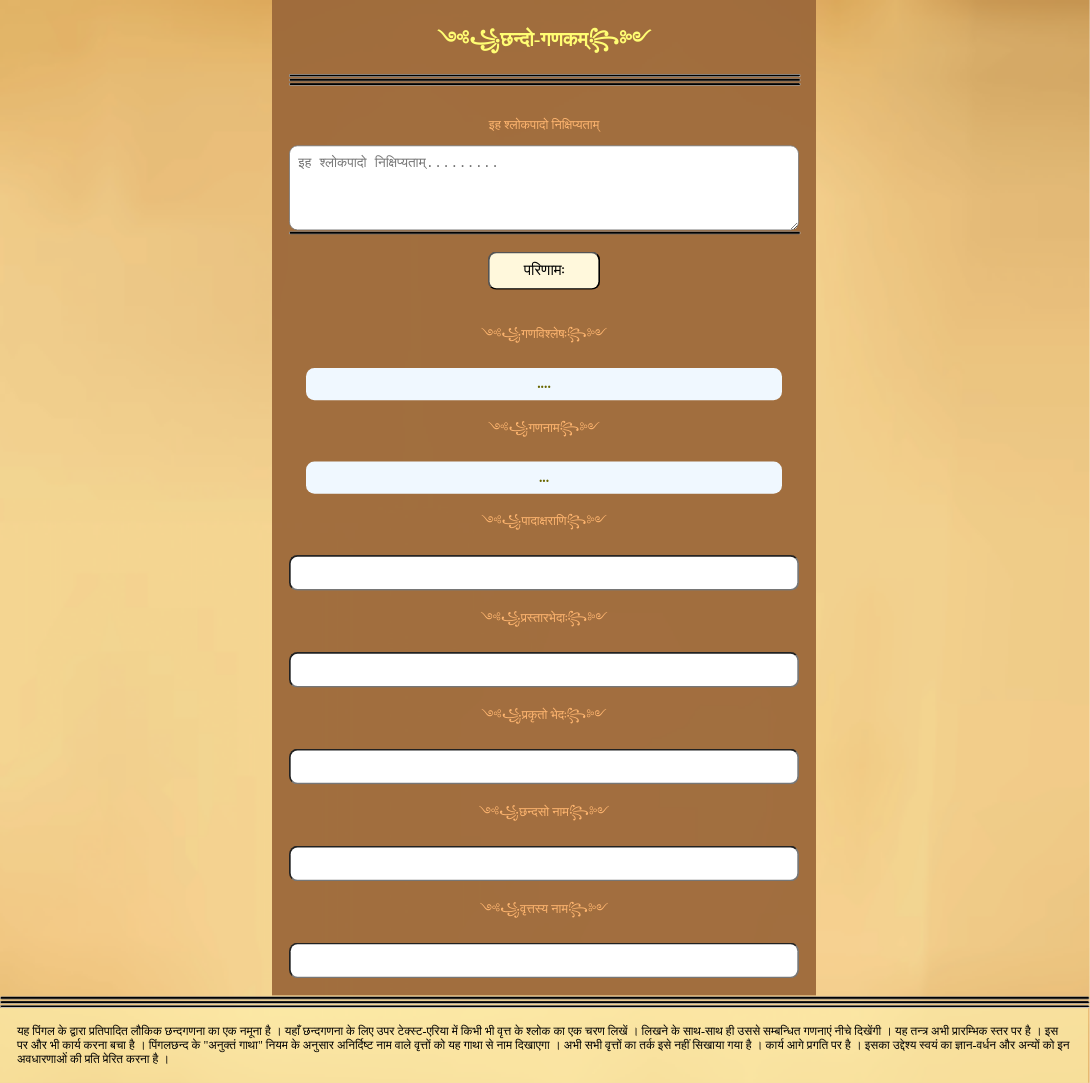
Repository: arshavak/pingala_chhand_shastram
Page: index.html
The author's editor kept a copy of each file at every save. The page is drawn from the files as they stood at one save, then again after the next save.
The browser window is 1280 px wide. The page is 1282 px wide, so the pictures cover 1282 px, including what lies to the right of the window. The pictures show the whole page, at 85% of full size.

Above is the page before, as saved 2024-10-20 16:47:30.

### index.html

<head>
<title>छन्दो-गणकम्</title>
<meta name="viewport" content="width=device-width, initial-scale=1.0">

<link rel="stylesheet"  href="style.css">

</head>
<body>
<div class="contaner" id="contaner">

<h3>༺꧁छन्दो-गणकम्꧂༻
</h3>
<hr><hr><hr><br>
<label for="h3">इह श्लोकपादो निक्षिप्यताम्</label>
<textarea placeholder="इह श्लोकपादो निक्षिप्यताम्.........
" id="inp" onkeyup="lagabodhakam();"></textarea>
<hr>
<button id="btn" onclick="lagabodhakam()">परिणामः</button>
<label>༺꧁गणविश्लेषः꧂༻</label>
<h4 id="SI_vichched">....</h4>
<h4 id="falani"></h4>
<label>༺꧁गणनाम꧂༻</label>
<h4 id="fl">...</h4>
<label>༺꧁पादाक्षराणि꧂༻</label>
<input id="padaksharani" type="number"  readonly="" title="number"/>
<label>༺꧁प्रस्तारभेदाः꧂༻</label>
<input id="prastarabhedah" type="number" readonly="" title="number"/>
<label>༺꧁प्रकृतो भेदः꧂༻</label>
<input id="prakritobhedah" type="number" readonly="" title="number"/>
<label>༺꧁छन्दसो नाम꧂༻</label>
<input id="chhandasonama" type="text" readonly="" title="number"/>

<label>༺꧁वृत्तस्य नाम꧂༻</label>
<input id="vname" type="text" readonly="" title="number"/>
<span id="ktmtest"></span>
</div>
<hr><hr><hr>
<div class="vivaran">
 <p>
     यह पिंगल के द्वारा प्रतिपादित लौकिक छन्दगणना का एक नमूना है ।
     यहाँ छन्दगणना के लिए उपर टेक्स्ट-एरिया में किभी भी वृत्त के  श्लोक का एक चरण लिखें । लिखने के साथ-साथ ही उससे सम्बन्धित गणनाएं नीचे  दिखेंगी । यह तन्त्र अभी प्रारम्भिक स्तर पर है । इस पर और भी कार्य करना बचा है । पिंगलछन्द के "अनुक्तं गाथा" नियम के अनुसार अनिर्दिष्ट नाम वाले वृत्तों  को यह गाथा से नाम दिखाएगा । अभी सभी वृत्तों का तर्क इसे नहीं सिखाया गया है । कार्य आगे प्रगति पर है । इसका उद्देश्य स्वयं का ज्ञान-वर्धन और अन्यों को इन अवधारणाओं की प्रति प्रेरित करना है ।
 </p>

</div>
<script src="Javascript files/main-script.js"></script>
<script src="Javascript files/vritt-script.js"></script>
<script src="Javascript files/gan-script.js"></script>
</body>

### style.css


*{
  padding: 0;
  margin: 0;

}

body {
  background-image: url("fotos/bgchh.png");
  background-position: center;
  background-repeat: no-repeat;

  background-size: cover;
  font-size: 20px;
}
label {
  margin-top: 15px;
  margin-bottom: 15px;
  display: block;
  font-size: 15px;
  color:#ffb670;
}

textarea {
  min-width: 100%;
  resize: vertical;
  min-height: 100px;
  padding: 10px;
  border-radius: 10px;
  font-size: 16px;
}

input{
  outline: none;
  width: 100%;
  padding: 10px;
  border-radius: 10px;
  font-size: 16px;
}

#btn{
  margin: 20px;
  background-color: cornsilk;
  display: inline-block;
  padding: 10px 40px;
  border-radius: 10px;
  font-weight: 400px;
  font-size: 18px;
  cursor: pointer;
  transition: background-color 0.3s ease;
}

#btn :hover{
  background-color: #f9b93f;
}
#btn :active{
   transform: calc(.2);
}
.contaner{
  padding: 20px;
  position: relative;
  text-align: center;
  background-color: #9d693af0;
  max-width: 600px;
  margin: auto;

}
.vivaran{
  background-color: rgba(255, 241, 174, 0.686);
/* color: rgb(2, 98, 98); */
padding: 20px;
font-size: 14px;
}

#falani{
  display:none
}
#ktmtest{
  font-size:0px;
}

h3{
  color:#fffd73;
}

h4 {
  color:#696700;
  margin: auto;
  word-wrap:break-word;
  font-weight:900;
  overflow-x:hidden;
  background-color: aliceblue;
  outline: none;
  width: 90%;
  padding: 10px;
  border-radius: 10px;
  font-size: 16px;
}

hr{
  background-color: #000000;
  height: 2px;
  width: 100%;
  border-radius: 20px;
  margin-top: 1px;
}

### Javascript files/gan-script.js
function gan(){
document.getElementById("fl").innerHTML="";
var x = document.getElementById("falani").innerText;
x=x.match(/.{1,3}/g);
var falam = document.getElementById("fl");
document.getElementById("SI_vichched").innerText=x;
for(var i = 0; i<x.length; i++){
if(x[i]=="ISI"){
falam.innerHTML+=`<b class="alrt" onclick="alert('कदा स ज्')">जगण</b>`;
}else
if(x[i]=="SSS"){
falam.innerHTML+= `<b class="alrt" onclick="alert('धीश्रीस्त्री म्')">मगण</b>`;
}else
if(x[i]=="ISS"){
falam.innerHTML+=`<b class="alrt" onclick="alert('वरा सा य्')">यगण</b>`;
}else

if(x[i]=="SIS"){
falam.innerHTML+=`<b class="alrt" onclick="alert('का गुहा र्')">रगण</b>`;
}else

if(x[i]=="IIS"){
falam.innerHTML+=`<b class="alrt" onclick="alert('वसुधा स्')">सगण</b>`;
}else

if(x[i]=="SSI"){
falam.innerHTML+=`<b class="alrt" onclick="alert('सा ते क्व त्')">तगण</b>`;
}else

if(x[i]=="SII"){
falam.innerHTML+=`<b class="alrt" onclick="alert('किं वद भ्')">भगण</b>`;
}else

if(x[i]=="III"){
falam.innerHTML+=`<b class="alrt" onclick="alert('न हसन्')">नगण</b>`;
}else

if(x[i]=="S"){
falam.innerHTML+=`<b class="alrt" onclick="alert('गन्ते , ध्रादिपरः , हे ')">गुरु</b>`;
}else

if(x[i]=="SS"){
falam.innerHTML+=`<b class="alrt" onclick="alert('गन्ते , ध्रादिपरः , हे ')">गुरुगुरु</b>`;
}else

if(x[i]=="SI"){
falam.innerHTML+=`<b class="alrt" onclick="alert('लघुगुरु')"> गुरुलघु</b>`;
}else

if(x[i]=="IS"){
falam.innerHTML+=`<b class="alrt" onclick="alert('लघुगुरु ')">लघुगुरु </b>`;
}else

if(x[i]=="II"){
falam.innerHTML+=`<b class="alrt" onclick="alert('लघु लघु')">लघु लघु</b>`;
}else

if(x[i]=="I"){
falam.innerHTML+=`<b class="alrt" onclick="alert('लघु')">लघु</b>`;
}else{
falam.innerHTML="......";
}}}

Loaded but not shown: Javascript files/main-script.js (no copy from this time; the picture is the same without it); Javascript files/vritt-script.js (no copy from this time; the picture is the same without it)

After the next save:
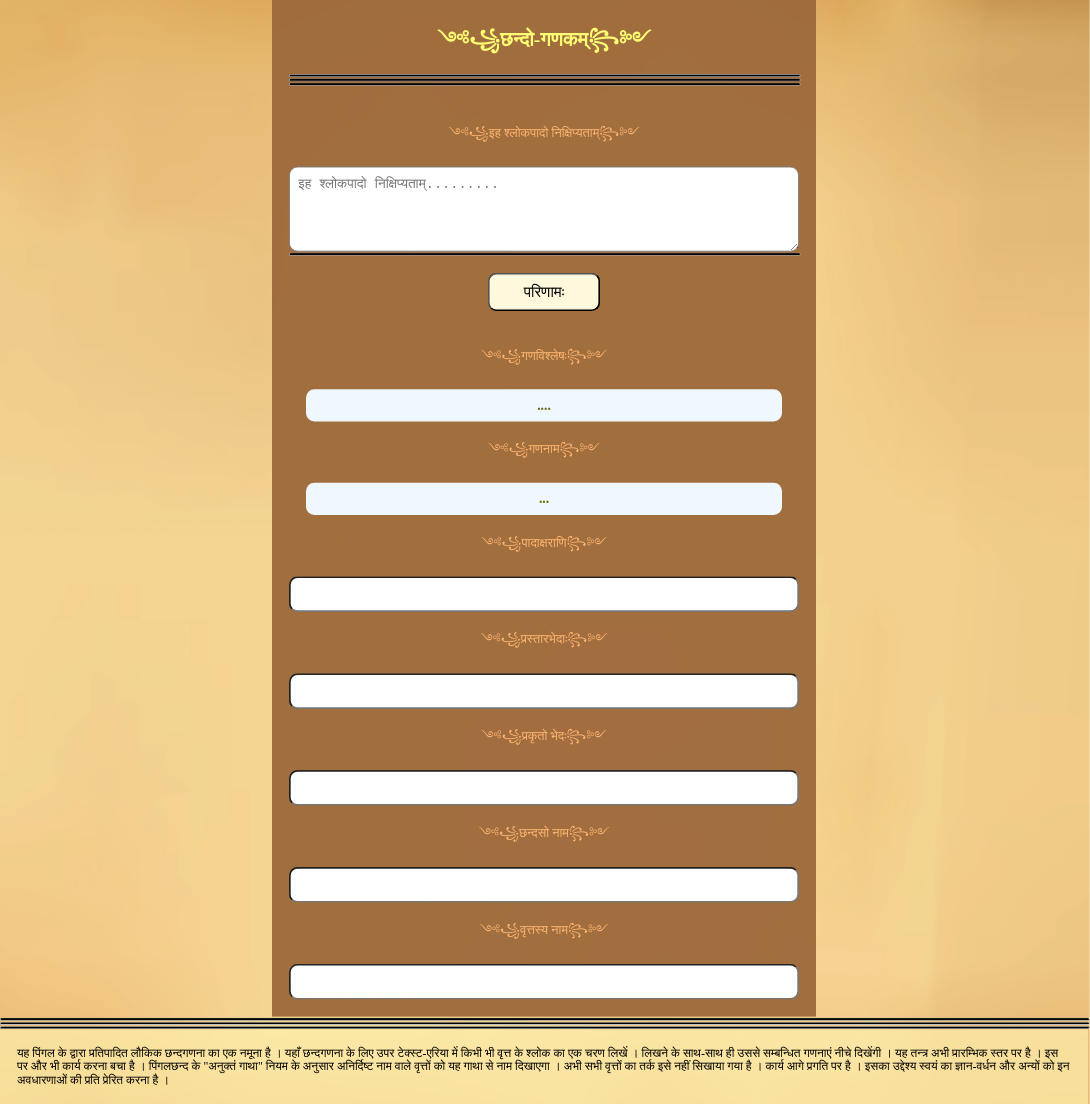
Saved 48 s later.
--- a/index.html
+++ b/index.html
@@ -12,7 +12,7 @@
 <h3>༺꧁छन्दो-गणकम्꧂༻
 </h3>
 <hr><hr><hr><br>
-<label for="h3">इह श्लोकपादो निक्षिप्यताम्</label>
+<label for="h3">༺꧁इह श्लोकपादो निक्षिप्यताम्꧂༻</label>
 <textarea placeholder="इह श्लोकपादो निक्षिप्यताम्.........
 " id="inp" onkeyup="lagabodhakam();"></textarea>
 <hr>
